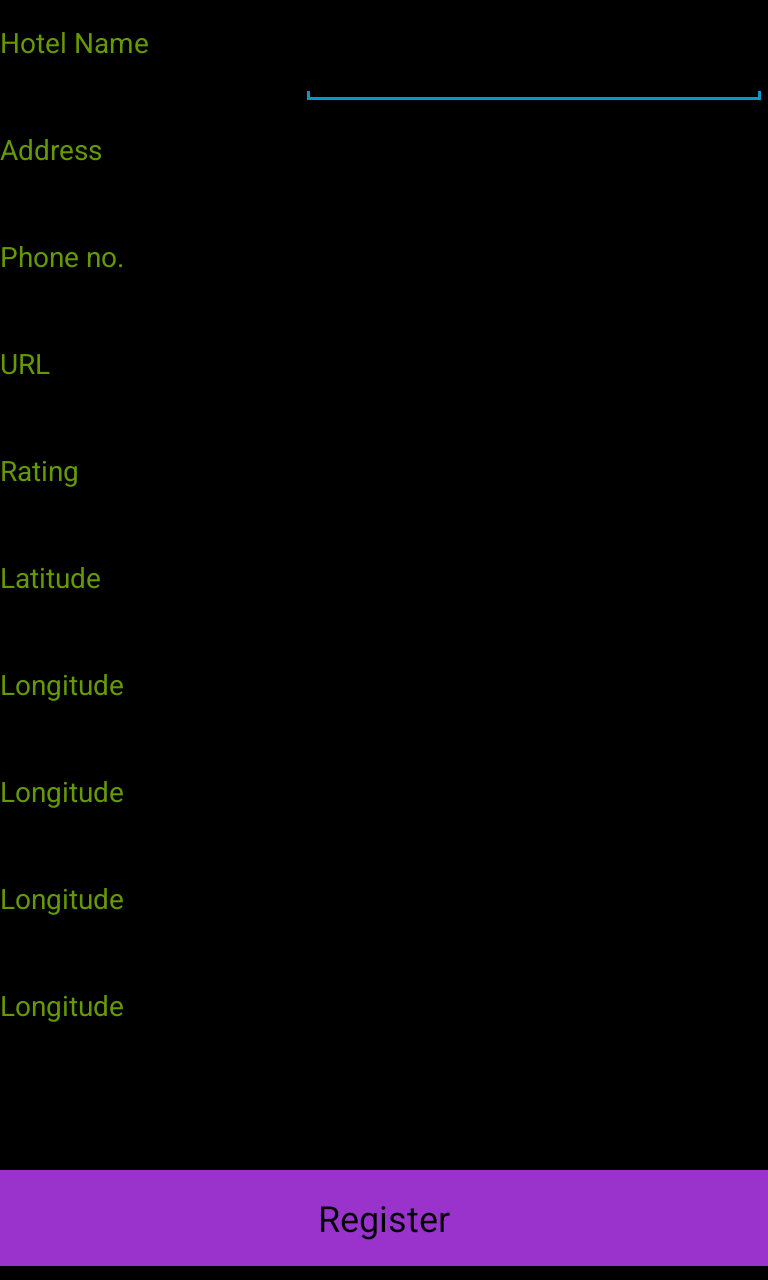
Repository: AungWinnHtut/projAndroid
Layout: com.engineer4myanmar.json.MainActivity/res/layout/activity_admin.xml
These files come from the project's save history. The layout is drawn as it stood at one moment and after the next save; the edit follows.
It is drawn on a 768 x 1280 px phone screen (xhdpi) without system bars, with theme AppTheme; the app's code is not run.

Above is the layout before, as saved 2015-08-26 20:25:32.

### com.engineer4myanmar.json.MainActivity/res/layout/activity_admin.xml
<LinearLayout xmlns:android="http://schemas.android.com/apk/res/android"
    xmlns:tools="http://schemas.android.com/tools"
    android:layout_width="match_parent"
    android:layout_height="match_parent"
    android:background="#000"
    android:orientation="vertical" >

    <LinearLayout
        android:layout_width="match_parent"
        android:layout_height="wrap_content"
        android:orientation="horizontal" >

        <TextView
            android:id="@+id/textView1"
            android:layout_width="150dp"
            android:layout_height="wrap_content"
            android:text="Hotel Name"
            android:textColor="#669900" />

        <EditText
            android:id="@+id/etHotelname"
            android:layout_width="0dp"
            android:layout_height="wrap_content"
            android:layout_marginTop="14dp"
            android:layout_weight="1"
            android:ems="10"
            android:textColor="#ffbb33" >

            <requestFocus />
        </EditText>
    </LinearLayout>

    <LinearLayout
        android:layout_width="match_parent"
        android:layout_height="wrap_content"
        android:orientation="horizontal" >

        <TextView
            android:id="@+id/textView2"
            android:layout_width="150dp"
            android:layout_height="wrap_content"
            android:text="Address"
            android:textColor="#669900" />

        <EditText
            android:id="@+id/etAddress"
            android:layout_width="0dp"
            android:layout_height="wrap_content"
            android:layout_marginTop="14dp"
            android:layout_weight="1"
            android:ems="10"
            android:textColor="#ffbb33" />
    </LinearLayout>

    <LinearLayout
        android:layout_width="match_parent"
        android:layout_height="wrap_content"
        android:orientation="horizontal" >

        <TextView
            android:id="@+id/textView3"
            android:layout_width="150dp"
            android:layout_height="wrap_content"
            android:text="Phone no."
            android:textColor="#669900" />

        <EditText
            android:id="@+id/etPhone"
            android:layout_width="0dp"
            android:layout_height="wrap_content"
            android:layout_marginTop="14dp"
            android:layout_weight="1"
            android:ems="10"
            android:textColor="#ffbb33" />
    </LinearLayout>

    <LinearLayout
        android:layout_width="match_parent"
        android:layout_height="wrap_content"
        android:orientation="horizontal" >

        <TextView
            android:id="@+id/textView4"
            android:layout_width="150dp"
            android:layout_height="wrap_content"
            android:text="URL"
            android:textColor="#669900" />

        <EditText
            android:id="@+id/etUrl"
            android:layout_width="0dp"
            android:layout_height="wrap_content"
            android:layout_marginTop="14dp"
            android:layout_weight="1"
            android:ems="10"
            android:textColor="#ffbb33" />
    </LinearLayout>

    <LinearLayout
        android:layout_width="match_parent"
        android:layout_height="wrap_content"
        android:orientation="horizontal" >

        <TextView
            android:id="@+id/textView5"
            android:layout_width="150dp"
            android:layout_height="wrap_content"
            android:text="Rating"
            android:textColor="#669900" />

        <EditText
            android:id="@+id/etRating"
            android:layout_width="0dp"
            android:layout_height="wrap_content"
            android:layout_marginTop="14dp"
            android:layout_weight="1"
            android:ems="10"
            android:textColor="#ffbb33" />
    </LinearLayout>

    <LinearLayout
        android:layout_width="match_parent"
        android:layout_height="wrap_content"
        android:orientation="horizontal" >

        <TextView
            android:id="@+id/textView6"
            android:layout_width="150dp"
            android:layout_height="wrap_content"
            android:text="Latitude"
            android:textColor="#669900" />

        <EditText
            android:id="@+id/etLat"
            android:layout_width="0dp"
            android:layout_height="wrap_content"
            android:layout_marginTop="14dp"
            android:layout_weight="1"
            android:ems="10"
            android:textColor="#ffbb33" />
    </LinearLayout>

    <LinearLayout
        android:layout_width="match_parent"
        android:layout_height="wrap_content"
        android:orientation="horizontal" >

        <TextView
            android:id="@+id/textView7"
            android:layout_width="150dp"
            android:layout_height="wrap_content"
            android:text="Longitude"
            android:textColor="#669900" />

        <EditText
            android:id="@+id/etLng"
            android:layout_width="0dp"
            android:layout_height="wrap_content"
            android:layout_marginTop="14dp"
            android:layout_weight="1"
            android:ems="10"
            android:textColor="#ffbb33" />
    </LinearLayout>

    <LinearLayout
        android:layout_width="match_parent"
        android:layout_height="wrap_content"
        android:orientation="horizontal" >

        <TextView
            android:id="@+id/textView10"
            android:layout_width="150dp"
            android:layout_height="wrap_content"
            android:text="Longitude"
            android:textColor="#669900" />

        <EditText
            android:id="@+id/etLng"
            android:layout_width="0dp"
            android:layout_height="wrap_content"
            android:layout_marginTop="14dp"
            android:layout_weight="1"
            android:ems="10"
            android:textColor="#ffbb33" />
    </LinearLayout>

    <LinearLayout
        android:layout_width="match_parent"
        android:layout_height="wrap_content"
        android:orientation="horizontal" >

        <TextView
            android:id="@+id/textView8"
            android:layout_width="150dp"
            android:layout_height="wrap_content"
            android:text="Longitude"
            android:textColor="#669900" />

        <EditText
            android:id="@+id/etLng"
            android:layout_width="0dp"
            android:layout_height="wrap_content"
            android:layout_marginTop="14dp"
            android:layout_weight="1"
            android:ems="10"
            android:textColor="#ffbb33" />
    </LinearLayout>

    <LinearLayout
        android:layout_width="match_parent"
        android:layout_height="wrap_content"
        android:orientation="horizontal" >

        <TextView
            android:id="@+id/textView9"
            android:layout_width="150dp"
            android:layout_height="wrap_content"
            android:text="Longitude"
            android:textColor="#669900" />

        <EditText
            android:id="@+id/etLng"
            android:layout_width="0dp"
            android:layout_height="wrap_content"
            android:layout_marginTop="14dp"
            android:layout_weight="1"
            android:ems="10"
            android:textColor="#ffbb33" />
    </LinearLayout>

    <LinearLayout
        android:layout_width="match_parent"
        android:layout_height="wrap_content"
        android:layout_marginTop="50dp"
        android:orientation="horizontal" >

        <Button
            android:layout_width="match_parent"
            android:layout_height="wrap_content"
            android:background="#9933cc"
            android:onClick="funRegister"
            android:text="Register" />
    </LinearLayout>

</LinearLayout>

Loaded but not shown: com.engineer4myanmar.json.MainActivity/res/values-v11/styles.xml (common file); com.engineer4myanmar.json.MainActivity/res/values-v14/styles.xml (common file); com.engineer4myanmar.json.MainActivity/res/values/styles.xml (common file)

After the next save:
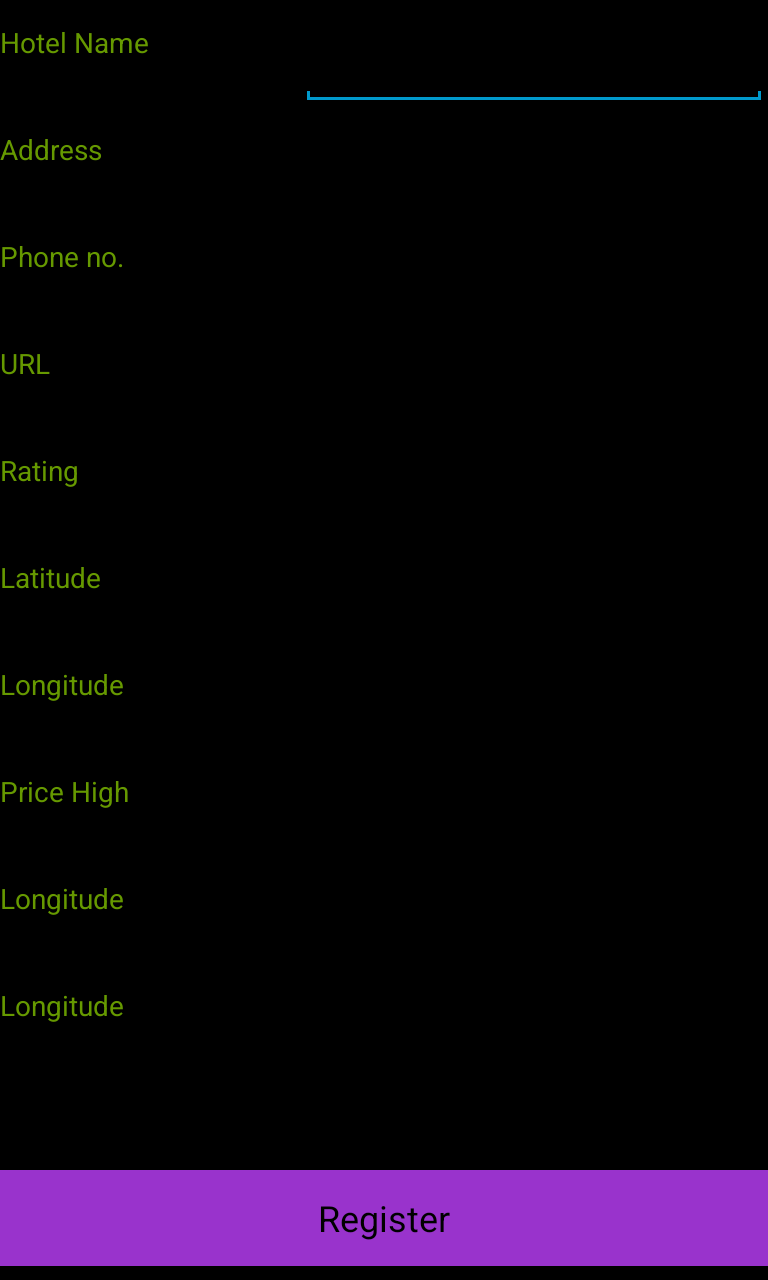
Saved 21 s later.
--- a/com.engineer4myanmar.json.MainActivity/res/layout/activity_admin.xml
+++ b/com.engineer4myanmar.json.MainActivity/res/layout/activity_admin.xml
@@ -171,11 +171,11 @@
             android:id="@+id/textView10"
             android:layout_width="150dp"
             android:layout_height="wrap_content"
-            android:text="Longitude"
-            android:textColor="#669900" />
-
-        <EditText
-            android:id="@+id/etLng"
+            android:text="Price High"
+            android:textColor="#669900" />
+
+        <EditText
+            android:id="@+id/etP1"
             android:layout_width="0dp"
             android:layout_height="wrap_content"
             android:layout_marginTop="14dp"
